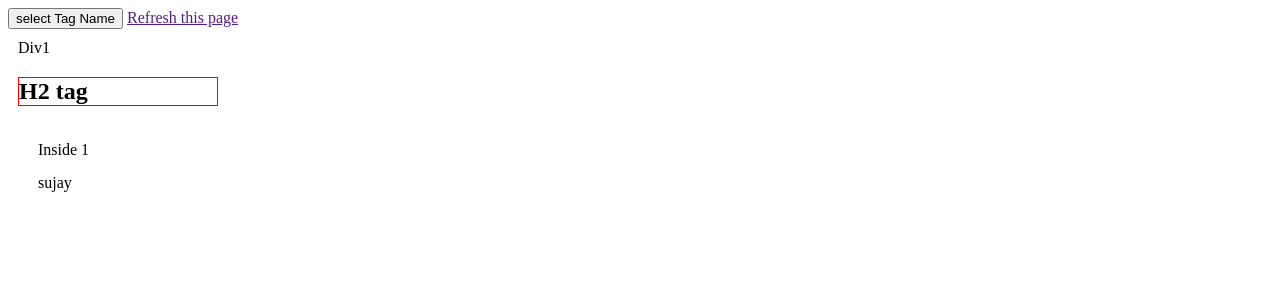
Repository: sujay-a-v/FunctionalPrograms
Page: Sujay/jQuery/jQueryExample/WebContent/SelectorTagname.html
An editor plug-in stored every save of this project. The page is shown before and after the next save, followed by the edit.
The browser window is 1280 px wide. The pictures show the whole page.
After loading, the first visible `input` was clicked once.
Some web libraries are served in a nearby version.

Above is the page before, as saved 2017-10-25 05:08:25.

After the next save:
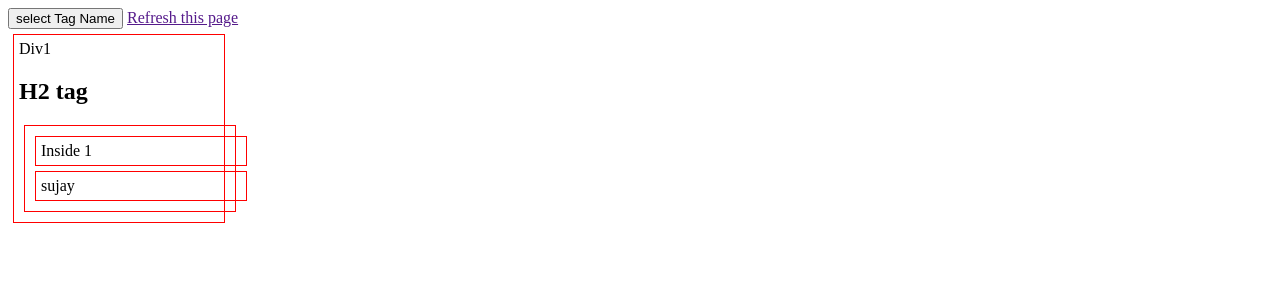
Saved 23 s later.
--- a/Sujay/jQuery/jQueryExample/WebContent/SelectorTagname.html
+++ b/Sujay/jQuery/jQueryExample/WebContent/SelectorTagname.html
@@ -16,7 +16,7 @@
 
    <script>
       function selectTag()  {
-          $('h2').css("border","1px solid red");
+          $('div').css("border","1px solid red");
       }
    </script>
 </head>
